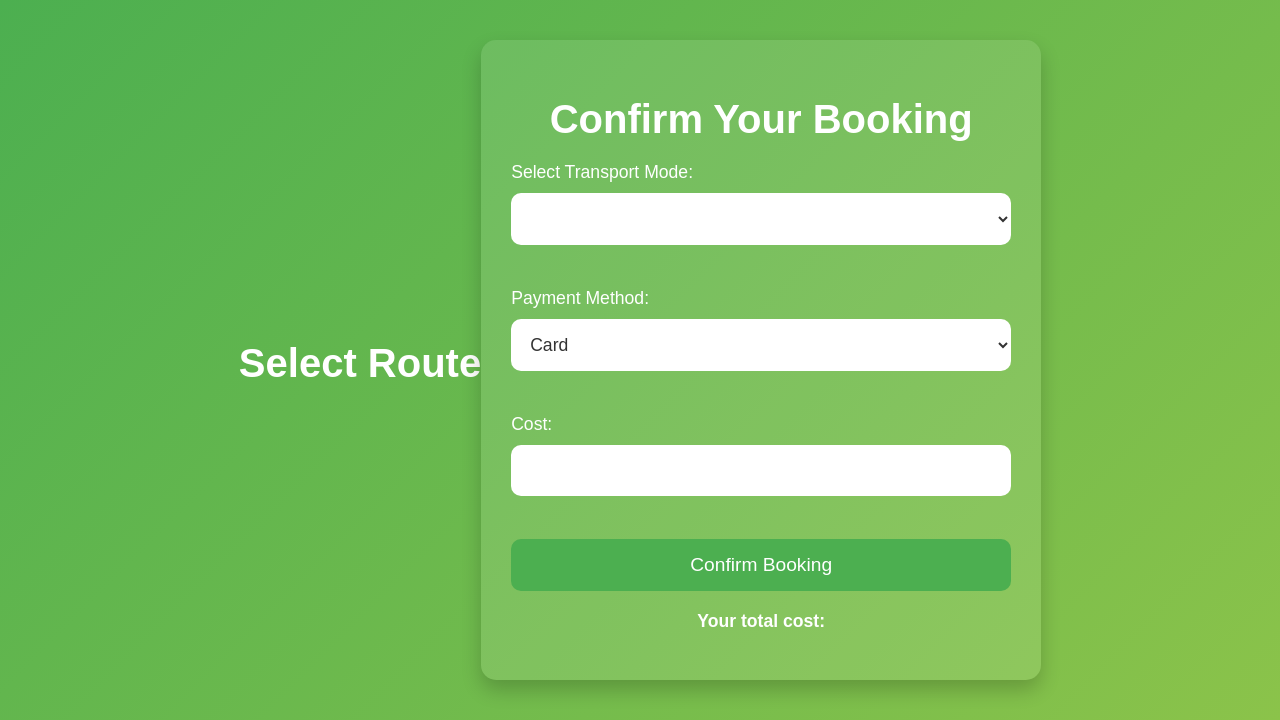
Repository: harutoNaiz/urban-mobility-system
Page: templates/payment.html
The author's editor kept a copy of each file at every save. The page is drawn from the files as they stood at one save, then again after the next save.
The browser window is 1280 px wide. The pictures show the whole page.
The page is served by the project's application, run on Flask 3 (app.py). The template is opened directly, without the code that normally fills it, so the values that code supplies are empty.

Above is the page before, as saved 2024-11-13 09:06:10.

After the next save:
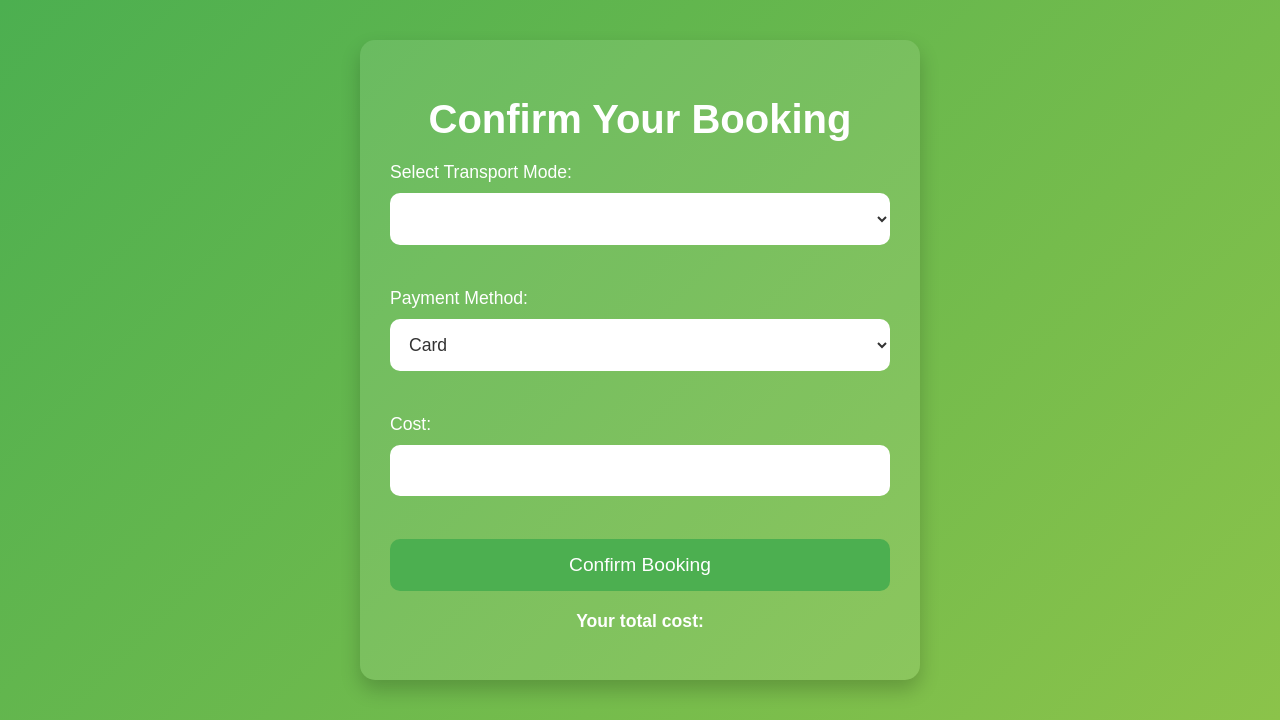
Saved 4 s later.
--- a/templates/payment.html
+++ b/templates/payment.html
@@ -1,7 +1,6 @@
 {% if session.get('user_id') %}
     {% include 'navbar.html' %}
 {% endif %}
-<h1>Select Route</h1>
 
 
 <!DOCTYPE html>
